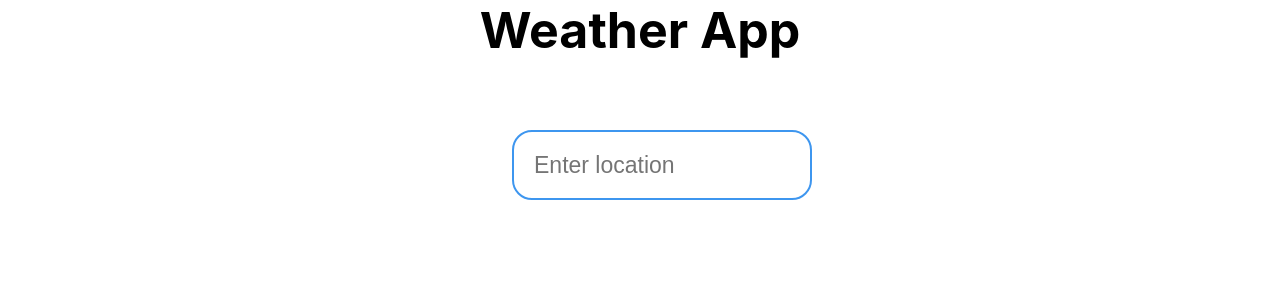
Repository: RenataDzotova/WeatherForecast
Page: /
An editor plug-in stored every save of this project. The page is shown before and after the next save, followed by the edit.
The browser window is 1280 px wide. The pictures show the whole page.
The project was rebuilt for these pictures with package versions that can differ from the ones it lists, and the page was loaded fresh each time. The framework's server and built-in components were replaced by stand-ins that run in the browser. Also part of the build but not shown: next.config.js, styles/Home.module.css.

Above is the page before, as saved 2023-01-19 15:27:15.

After the next save:
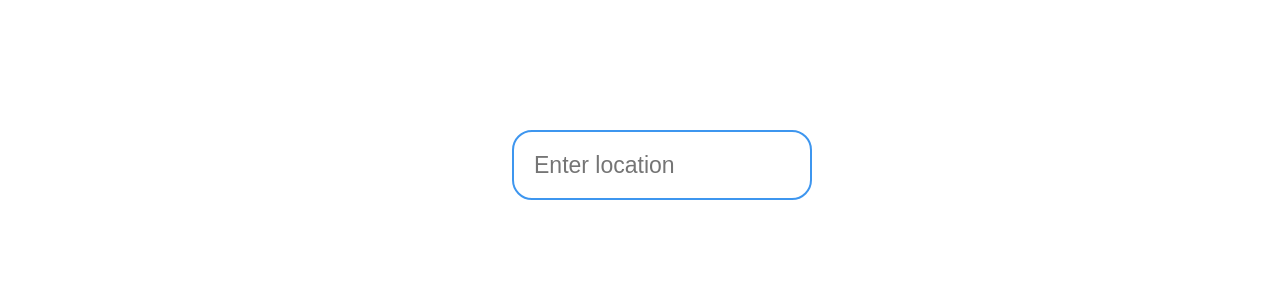
Saved 55 s later.
--- a/pages/index.js
+++ b/pages/index.js
@@ -53,11 +53,11 @@
 
       <main>
         {errorMessage}
-        <FlexBox>
+        {/* <FlexBox>
           <Text fontSize="50px" fontWeight="bold">
           Weather App
           </Text>
-        </FlexBox>
+        </FlexBox> */}
 
         <input className='inputStyle'
         value = {location}

After the 4 saves that followed:
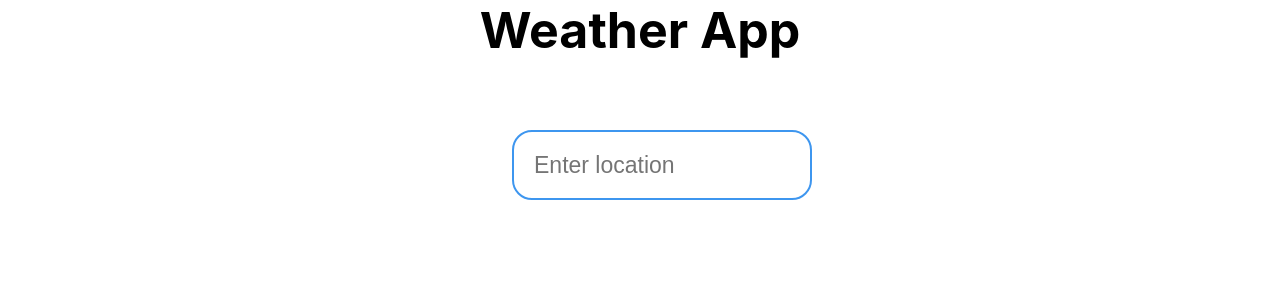
The 4 saves are shown as one change because 3 left the picture as it was.
The last was saved 13 min 42 s later.
--- a/pages/index.js
+++ b/pages/index.js
@@ -46,18 +46,16 @@
             href="https://fonts.googleapis.com/css2?family=Plus+Jakarta+Sans:ital,wght@0,200;0,300;0,400;0,500;0,600;0,700;0,800;1,200;1,300;1,400;1,500;1,600;1,700;1,800&display=swap"
             rel="stylesheet"
             />
-        {/* <link rel="preconnect" href="https://fonts.googleapis.com">
-        <link rel="preconnect" href="https://fonts.gstatic.com" crossorigin />
-        <link href="https://fonts.googleapis.com/css2?family=Alef:wght@700&family=Besley:wght@400;500;600;700&family=Signika+Negative:wght@300;400;500;600;700&display=swap" rel="stylesheet"></link> */}
+
       </Head>
 
       <main>
         {errorMessage}
-        {/* <FlexBox>
+        <FlexBox>
           <Text fontSize="50px" fontWeight="bold">
           Weather App
           </Text>
-        </FlexBox> */}
+        </FlexBox>
 
         <input className='inputStyle'
         value = {location}
@@ -72,7 +70,7 @@
         {
           weather && weather.map((w, index) =>{
             return(
-              <Wrapper bgImage={ data.main.temp.toFixed() < 0 || w.main=="Snow" ? "/alora-griffiths-HlnFco4i624-unsplash.jpg" : w.main=="Rain" || w.main=="Thunderstorm" ? "/nick-nice-ve-R7PCjJDk-unsplash.jpg" : w.main=="Clouds" ? "/johny-goerend-z_SXPzTMKkc-unsplash.jpg" : "/kenrick-mills-MF9Wy1NA55I-unsplash-2.jpg"} key={index}>
+              <Wrapper bgImage={ data.main.temp.toFixed() < 0 && w.main=="Snow" ? "/alora-griffiths-HlnFco4i624-unsplash.jpg" : w.main=="Rain" || w.main=="Thunderstorm" ? "/nick-nice-ve-R7PCjJDk-unsplash.jpg" : w.main=="Clouds" ? "/johny-goerend-z_SXPzTMKkc-unsplash.jpg" : "/kenrick-mills-MF9Wy1NA55I-unsplash-2.jpg"} key={index}>
 
                   <FlexBox dir="column" width="100%" height="100%">
                     <FlexBox dir="column" margin="200px 0 0 0">
